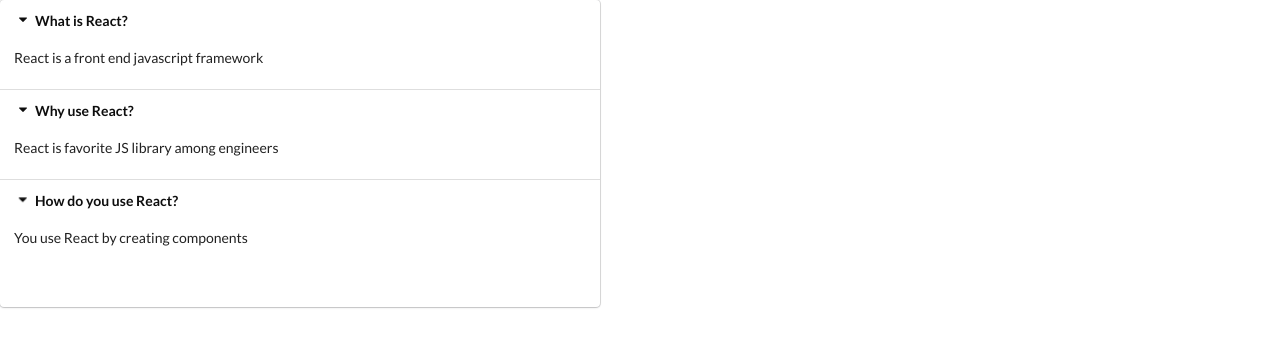
Repository: DaveBaulch/react-course-widgets
Page: /
These files come from the project's save history. The page is drawn as it stood at one moment and after a run of saves; the edit follows.
The browser window is 1280 px wide. The pictures show the whole page.
The project was rebuilt for these pictures with package versions that can differ from the ones it lists, and the page was loaded fresh each time.

Above is the page before, as saved 2020-12-04 16:24:20.

After the next 2 saves:
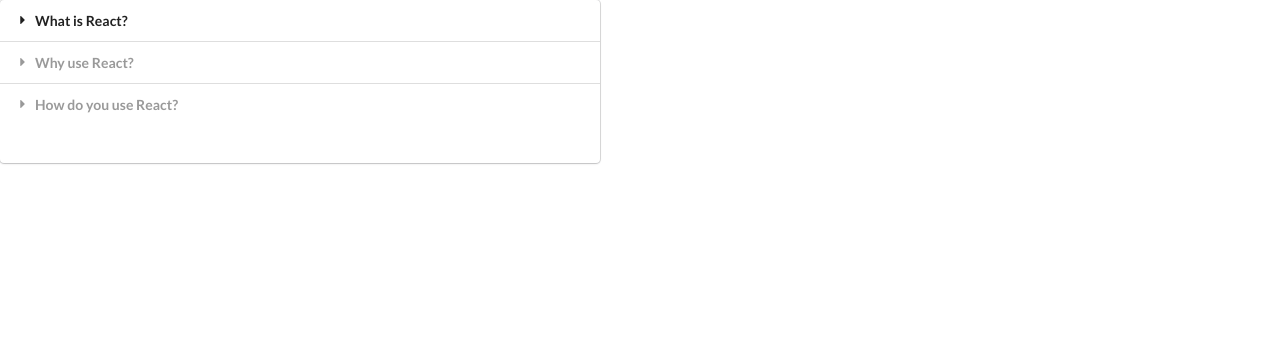
The 2 saves are shown as one change because they came seconds apart.
The last was saved 5 min 59 s later.
--- a/src/components/Accordion.js
+++ b/src/components/Accordion.js
@@ -13,11 +13,11 @@
   const renderedItems = items.map((item, index) => {
     return (
       <React.Fragment key={item.title}>
-        <div className="title active" onClick={() => onTitleClick(index)}>
+        <div className="title _active" onClick={() => onTitleClick(index)}>
           <i className="dropdown icon"></i>
           {item.title}
         </div>
-        <div className="content active">
+        <div className="content _active">
           <p>{item.content}</p>
         </div>
       </React.Fragment>

After the save that followed:
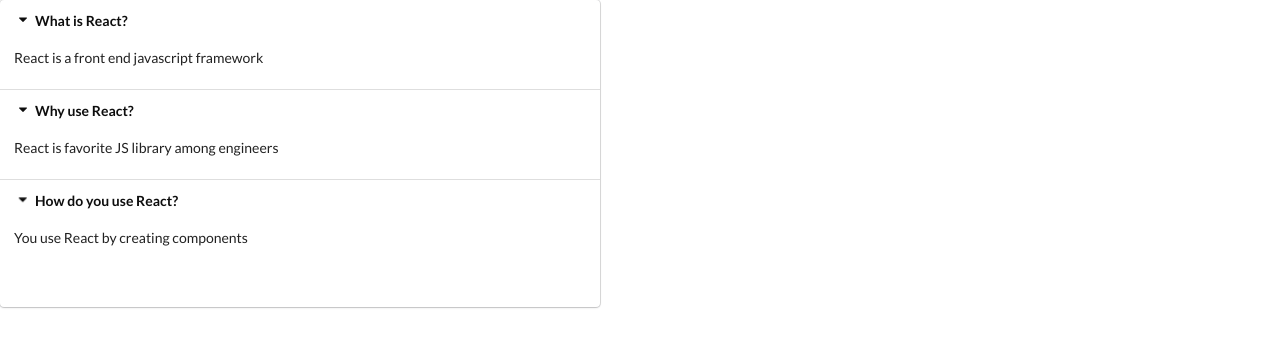
Saved 7 s later.
--- a/src/components/Accordion.js
+++ b/src/components/Accordion.js
@@ -13,11 +13,11 @@
   const renderedItems = items.map((item, index) => {
     return (
       <React.Fragment key={item.title}>
-        <div className="title _active" onClick={() => onTitleClick(index)}>
+        <div className="title active" onClick={() => onTitleClick(index)}>
           <i className="dropdown icon"></i>
           {item.title}
         </div>
-        <div className="content _active">
+        <div className="content active">
           <p>{item.content}</p>
         </div>
       </React.Fragment>
